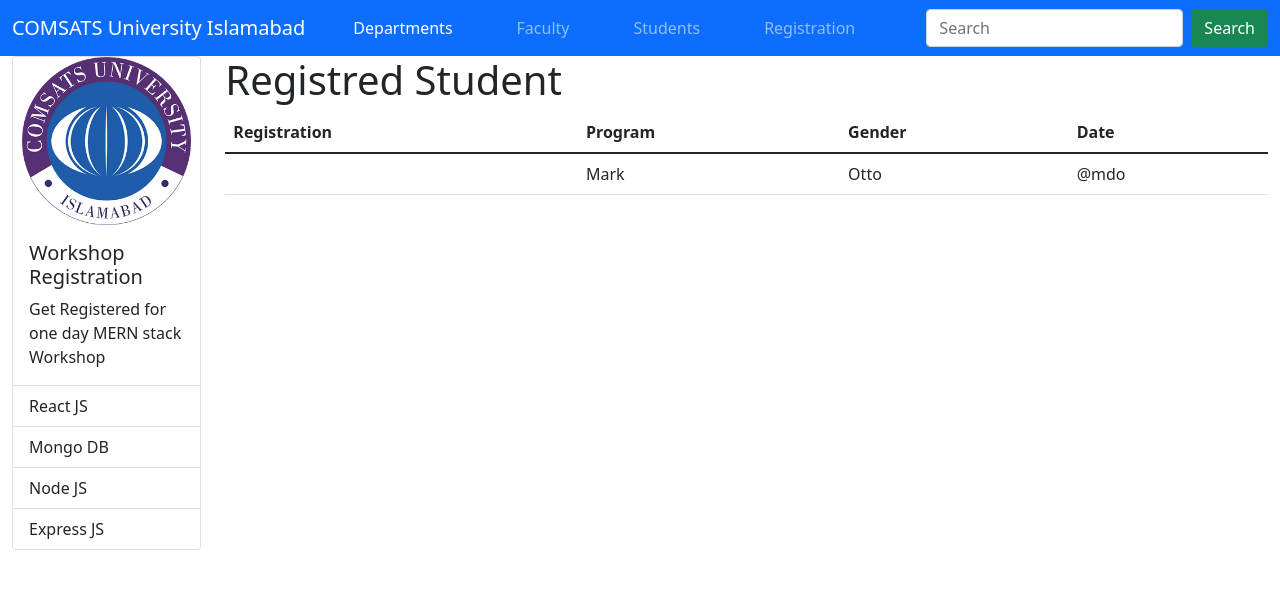
Repository: SaudCh/Web-Mid-Exams
Page: /list/sp19-bcs-078/BCS/Male/22-11-201
An editor plug-in stored every save of this project. The page is shown before and after the next save, followed by the edit.
The browser window is 1280 px wide. The pictures show the whole page.
The project was rebuilt for these pictures with package versions that can differ from the ones it lists, and the page was loaded fresh each time. Also part of the build but not shown: src/Register/register.jsx, src/Invalid/invalid.jsx.

Above is the page before, as saved 2021-11-22 12:03:30.

### src/App.js
import React from "react";
import {
  BrowserRouter as Router,
  Switch,
  Route,
  Redirect,
} from "react-router-dom";
import "../node_modules/bootstrap/dist/css/bootstrap.min.css";
import "../node_modules/bootstrap/dist/js/bootstrap.bundle.min";
import Header from "./Shared/Header";
import SideBar from "./Shared/SideBar";
import Register from "./Register/register";
import Invalid from "./Invalid/invalid";
import Student from "./Students/student";

export default function App() {
  return (
    <Router>
      <Header />
      <div className="container-fluid">
        <div className="row">
          <div className="col-12 col-md-2">
            <SideBar />
          </div>
          <div className="col-12 col-md-10">
            <Switch>
              <Route path="/" exact>
                <div></div>
              </Route>
              <Route path="/register/" exact>
                <Register />
              </Route>
              <Route path="/invalid/" exact>
                <Invalid />
              </Route>
              <Route path="/list/:register/:program/:gender/:date" exact>
                <Student />
              </Route>
              <Redirect to="/invalid/" />
            </Switch>
          </div>
        </div>
      </div>
    </Router>
  );
}

### src/Shared/Header.jsx
import React from "react";
import { Link } from "react-router-dom";
export default function Header() {
  return (
    <nav class="navbar navbar-expand-lg navbar-dark bg-primary">
      <div class="container-fluid">
        <Link to="/" class="navbar-brand" href="#">
          COMSATS University Islamabad
        </Link>
        <button
          class="navbar-toggler"
          type="button"
          data-bs-toggle="collapse"
          data-bs-target="#navbarSupportedContent"
          aria-controls="navbarSupportedContent"
          aria-expanded="false"
          aria-label="Toggle navigation"
        >
          <span class="navbar-toggler-icon"></span>
        </button>
        <div class="collapse navbar-collapse" id="navbarSupportedContent">
          <ul class="navbar-nav me-auto mb-2 mb-lg-0">
            <li class="nav-item mx-md-4">
              <Link to="/" class="nav-link active" aria-current="page" href="#">
                Departments
              </Link>
            </li>
            <li class="nav-item mx-md-4">
              <Link to="/" class="nav-link" href="#">
                Faculty
              </Link>
            </li>

            <li class="nav-item mx-md-4">
              <Link
                to="/list/sp19-bcs-078/BCS/Male/22-11-201"
                class="nav-link"
                href="#"
                tabindex="-1"
                aria-disabled="true"
              >
                Students
              </Link>
            </li>
            <li class="nav-item mx-md-4">
              <Link
                to="/register/"
                class="nav-link"
                href="#"
                tabindex="-1"
                aria-disabled="true"
              >
                Registration
              </Link>
            </li>
          </ul>
          <form class="d-flex">
            <input
              class="form-control me-2"
              type="search"
              placeholder="Search"
              aria-label="Search"
            />
            <button
              class="btn btn-outline-success btn-success text-white"
              type="submit"
            >
              Search
            </button>
          </form>
        </div>
      </div>
    </nav>
  );
}

### src/Shared/SideBar.jsx
import React from "react";
import logo from "../public/comsats-logo.png";

export default function SideBar() {
  return (
    <div class="card">
      <img
        src={logo}
        class="card-img-top"
        style={{ width: "90%", alignSelf: "center" }}
        alt="..."
      />
      <div class="card-body">
        <h5 class="card-title">Workshop Registration</h5>
        <p class="card-text">Get Registered for one day MERN stack Workshop</p>
      </div>
      <ul class="list-group list-group-flush">
        <li class="list-group-item">React JS</li>
        <li class="list-group-item">Mongo DB</li>
        <li class="list-group-item">Node JS</li>
        <li class="list-group-item">Express JS</li>
      </ul>
    </div>
  );
}

### src/Students/student.jsx
import React from "react";
import { useParams } from "react-router";

export default function student() {
  const reg = useParams().register;
  const pro = useParams().program;
  const gender = useParams().gender;
  const date = useParams().date;
  return (
    <div>
      <h1>Registred Student</h1>
      <table class="table">
        <thead>
          <tr>
            <th scope="col">Registration</th>
            <th scope="col">Program</th>
            <th scope="col">Gender</th>
            <th scope="col">Date</th>
          </tr>
        </thead>
        <tbody>
          <tr>
            <th>{}</th>
            <td>Mark</td>
            <td>Otto</td>
            <td>@mdo</td>
          </tr>
        </tbody>
      </table>
    </div>
  );
}

Loaded but not shown: public/index.html (common file); src/index.js (common file); src/index.css (common file); src/reportWebVitals.js (common file)

After the next save:
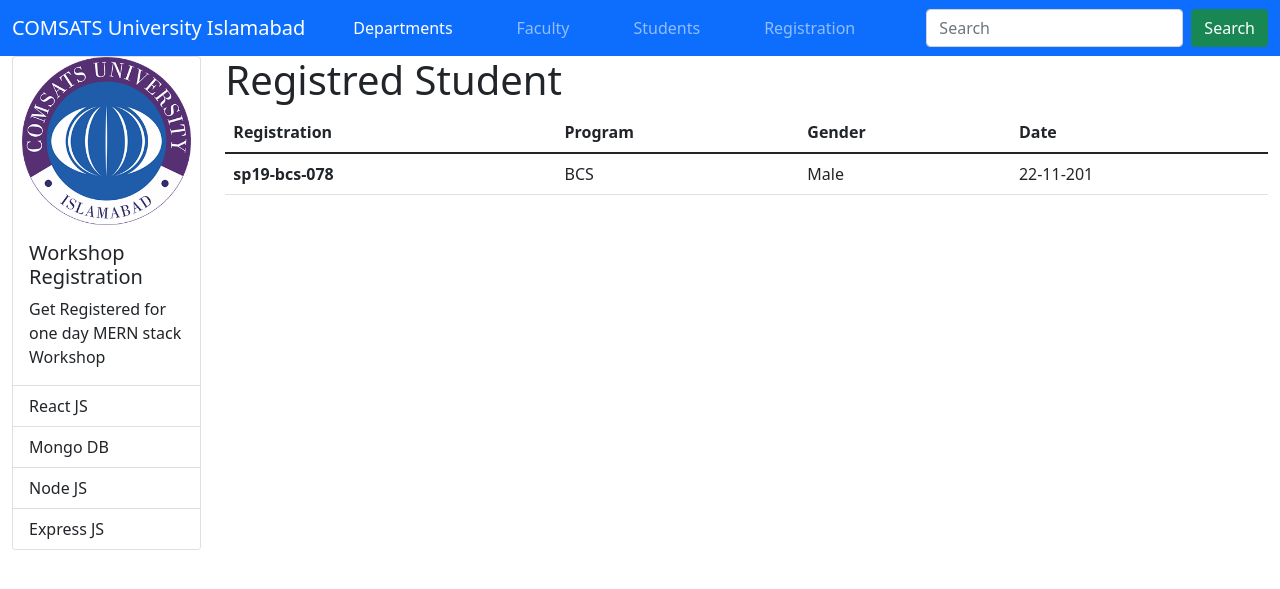
Saved 40 s later.
--- a/src/Students/student.jsx
+++ b/src/Students/student.jsx
@@ -1,7 +1,7 @@
 import React from "react";
 import { useParams } from "react-router";
 
-export default function student() {
+export default function Student() {
   const reg = useParams().register;
   const pro = useParams().program;
   const gender = useParams().gender;
@@ -20,10 +20,10 @@
         </thead>
         <tbody>
           <tr>
-            <th>{}</th>
-            <td>Mark</td>
-            <td>Otto</td>
-            <td>@mdo</td>
+            <th>{reg}</th>
+            <td>{pro}</td>
+            <td>{gender}</td>
+            <td>{date}</td>
           </tr>
         </tbody>
       </table>
